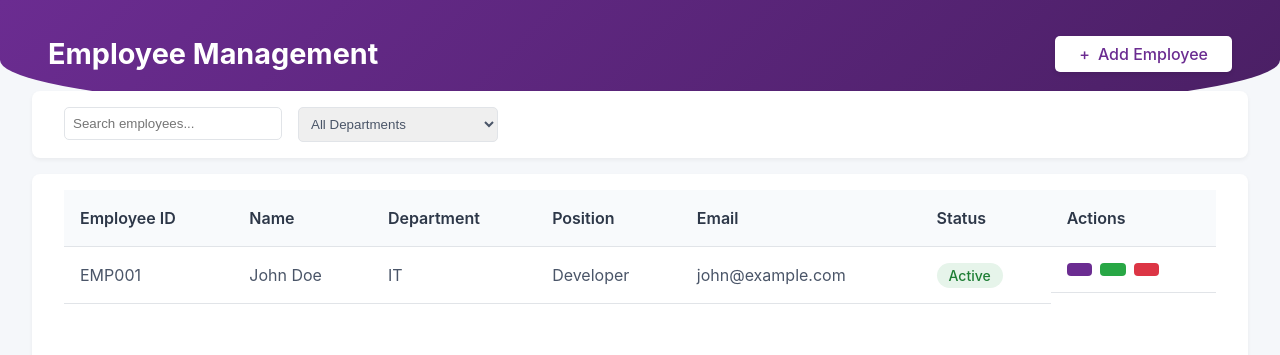
Repository: nino-pixel/payrolllatest
Page: /employees (app in web_vue/)
The author's editor kept a copy of each file at every save. The page is drawn from the files as they stood at one save, then again after the next save.
The browser window is 1280 px wide. The pictures show the whole page.
The project was rebuilt for these pictures with package versions that can differ from the ones it lists, and the page was loaded fresh each time. Also part of the build but not shown: web_vue/vite.config.js, web_vue/src/components/login_page.vue, web_vue/src/components/sign_up.vue, web_vue/src/components/dashboard.vue, web_vue/src/components/attendance_management.vue, web_vue/src/components/generate_payroll.vue.

Above is the page before, as saved 2024-12-19 02:09:33.

### web_vue/src/main.js
import { createApp } from 'vue'
import './style.css'
import App from './App.vue'
import router from './router'

// ECharts imports
import VChart from 'vue-echarts'
import { use } from 'echarts/core'
import { CanvasRenderer } from 'echarts/renderers'
import { PieChart, LineChart, BarChart, GaugeChart } from 'echarts/charts'
import {
  TitleComponent,
  TooltipComponent,
  LegendComponent,
  GridComponent
} from 'echarts/components'

// Register ECharts components
use([
  CanvasRenderer,
  PieChart,
  LineChart,
  BarChart,
  GaugeChart,
  TitleComponent,
  TooltipComponent,
  LegendComponent,
  GridComponent
])

const app = createApp(App)
app.component('v-chart', VChart)
app.use(router)
app.mount('#app')

### web_vue/src/style.css
:root {
  font-family: Inter, system-ui, Avenir, Helvetica, Arial, sans-serif;
  line-height: 1.5;
  font-weight: 400;
  color-scheme: light dark;
  color: rgba(255, 255, 255, 0.87);
  background-color: #242424;
  font-synthesis: none;
  text-rendering: optimizeLegibility;
  -webkit-font-smoothing: antialiased;
  -moz-osx-font-smoothing: grayscale;
}

body {
  margin: 0;
  padding: 0;
  min-height: 100vh;
  width: 100%;
}

/* Remove the centering and width constraints */
#app {
  max-width: none;
  margin: 0;
  padding: 0;
  width: 100%;
  min-height: 100vh;
}

/* Adjust other styles */
.card {
  padding: 2em;
  width: 100%;
  box-sizing: border-box;
}

button {
  border-radius: 8px;
  border: 1px solid transparent;
  padding: 0.6em 1.2em;
  font-size: 1em;
  font-weight: 500;
  font-family: inherit;
  background-color: #1a1a1a;
  cursor: pointer;
  transition: border-color 0.25s;
}

/* Media query adjustments */
@media (prefers-color-scheme: light) {
  :root {
    color: #213547;
    background-color: #ffffff;
  }
  a:hover {
    color: #747bff;
  }
  button {
    background-color: #f9f9f9;
  }
}

### web_vue/src/App.vue

<template>
 <router-view></router-view>

</template>

<script>
import login_page from './components/login_page.vue'
 // Import the component

export default {
  name: 'App',
  components: {
    login_page,
  }
}
</script>

### web_vue/src/router/index.js
import { createRouter, createWebHistory } from 'vue-router'
import LoginPage from '../components/login_page.vue'
import SignupPage from '../components/sign_up.vue'
import Dashboard from '../components/dashboard.vue'
import EmployeeManagement from '../components/employee_management.vue'
import AttendanceManagement from '../components/attendance_management.vue'
import GeneratePayroll from '../components/generate_payroll.vue'
const routes = [
  {
    path: '/',
    name: 'Login',
    component: LoginPage
  },
  {
    path: '/signup',
    name: 'Signup',
    component: SignupPage
  },
  {
    path: '/dashboard',
    name: 'Dashboard',
    component: Dashboard
  },
  {
    path: '/employees',
    name: 'Employees',
    component: EmployeeManagement
  },
  {
    path: '/attendance',
    name: 'Attendance',
    component: AttendanceManagement
  },
  {
    path: '/generate_payroll',
    name: 'GeneratePayroll',
    component: GeneratePayroll
  }

  // Add other routes here as needed
]

const router = createRouter({
  history: createWebHistory(),
  routes
})

export default router

### web_vue/src/components/employee_management.vue
<template>
    <div class="employee-container">
      <div class="wave-bg"></div>

      <div class="content-wrapper">
        <!-- Header Section -->
        <div class="header-section">
          <h1>Employee Management</h1>
          <button class="add-btn" @click="openAddModal">
            <span>+</span> Add Employee
          </button>
        </div>

        <!-- Search and Filter Section -->
        <div class="search-section">
          <div class="search-box">
            <input
              type="text"
              v-model="searchQuery"
              placeholder="Search employees..."
            >
          </div>
          <div class="filter-box">
            <select v-model="departmentFilter">
              <option value="">All Departments</option>
              <option value="HR">HR</option>
              <option value="IT">IT</option>
              <option value="Finance">Finance</option>
              <option value="Marketing">Marketing</option>
            </select>
          </div>
        </div>

        <!-- Employee Table -->
        <div class="table-container">
          <table>
            <thead>
              <tr>
                <th>Employee ID</th>
                <th>Name</th>
                <th>Department</th>
                <th>Position</th>
                <th>Email</th>
                <th>Status</th>
                <th>Actions</th>
              </tr>
            </thead>
            <tbody>
              <tr v-for="employee in filteredEmployees" :key="employee.id">
                <td>{{ employee.id }}</td>
                <td>{{ employee.name }}</td>
                <td>{{ employee.department }}</td>
                <td>{{ employee.position }}</td>
                <td>{{ employee.email }}</td>
                <td>
                  <span :class="['status', employee.status.toLowerCase()]">
                    {{ employee.status }}
                  </span>
                </td>
                <td class="actions">
                  <button @click="viewEmployee(employee)" class="view-btn">
                    <i class="fas fa-eye"></i>
                  </button>
                  <button @click="editEmployee(employee)" class="edit-btn">
                    <i class="fas fa-edit"></i>
                  </button>
                  <button @click="deleteEmployee(employee)" class="delete-btn">
                    <i class="fas fa-trash"></i>
                  </button>
                </td>
              </tr>
            </tbody>
          </table>
        </div>
      </div>

      <!-- Add/Edit Modal -->
      <div class="modal" v-if="showModal">
        <div class="modal-content">
          <h2>{{ isEditing ? 'Edit Employee' : 'Add Employee' }}</h2>
          <form @submit.prevent="submitForm">
            <div class="form-group">
              <label>Name</label>
              <input type="text" v-model="formData.name" required>
            </div>
            <div class="form-group">
              <label>Department</label>
              <select v-model="formData.department" required>
                <option value="HR">HR</option>
                <option value="IT">IT</option>
                <option value="Finance">Finance</option>
                <option value="Marketing">Marketing</option>
              </select>
            </div>
            <div class="form-group">
              <label>Position</label>
              <input type="text" v-model="formData.position" required>
            </div>
            <div class="form-group">
              <label>Email</label>
              <input type="email" v-model="formData.email" required>
            </div>
            <div class="form-group">
              <label>Status</label>
              <select v-model="formData.status" required>
                <option value="Active">Active</option>
                <option value="Inactive">Inactive</option>
                <option value="On Leave">On Leave</option>
              </select>
            </div>
            <div class="form-buttons">
              <button type="submit" class="submit-btn">
                {{ isEditing ? 'Update' : 'Add' }}
              </button>
              <button type="button" @click="closeModal" class="cancel-btn">
                Cancel
              </button>
            </div>
          </form>
        </div>
      </div>

      <!-- View Modal -->
      <div class="modal" v-if="showViewModal">
        <div class="modal-content">
          <h2>Employee Details</h2>
          <div class="employee-details">
            <div class="detail-row">
              <span class="label">ID:</span>
              <span class="value">{{ selectedEmployee.id }}</span>
            </div>
            <div class="detail-row">
              <span class="label">Name:</span>
              <span class="value">{{ selectedEmployee.name }}</span>
            </div>
            <div class="detail-row">
              <span class="label">Department:</span>
              <span class="value">{{ selectedEmployee.department }}</span>
            </div>
            <div class="detail-row">
              <span class="label">Position:</span>
              <span class="value">{{ selectedEmployee.position }}</span>
            </div>
            <div class="detail-row">
              <span class="label">Email:</span>
              <span class="value">{{ selectedEmployee.email }}</span>
            </div>
            <div class="detail-row">
              <span class="label">Status:</span>
              <span class="value">{{ selectedEmployee.status }}</span>
            </div>
          </div>
          <button @click="closeViewModal" class="close-btn">Close</button>
        </div>
      </div>
    </div>
  </template>

  <script>
  export default {
    name: 'EmployeeManagement',
    data() {
      return {
        searchQuery: '',
        departmentFilter: '',
        showModal: false,
        showViewModal: false,
        isEditing: false,
        selectedEmployee: null,
        formData: {
          name: '',
          department: '',
          position: '',
          email: '',
          status: 'Active'
        },
        employees: [
          {
            id: 'EMP001',
            name: 'John Doe',
            department: 'IT',
            position: 'Developer',
            email: 'john@example.com',
            status: 'Active'
          },
          // Add more sample employees
        ]
      }
    },
    computed: {
      filteredEmployees() {
        return this.employees.filter(emp => {
          const matchesSearch = emp.name.toLowerCase().includes(this.searchQuery.toLowerCase()) ||
                              emp.email.toLowerCase().includes(this.searchQuery.toLowerCase())
          const matchesDepartment = !this.departmentFilter || emp.department === this.departmentFilter
          return matchesSearch && matchesDepartment
        })
      }
    },
    methods: {
      openAddModal() {
        this.isEditing = false
        this.formData = {
          name: '',
          department: '',
          position: '',
          email: '',
          status: 'Active'
        }
        this.showModal = true
      },
      editEmployee(employee) {
        this.isEditing = true
        this.formData = { ...employee }
        this.showModal = true
      },
      viewEmployee(employee) {
        this.selectedEmployee = employee
        this.showViewModal = true
      },
      deleteEmployee(employee) {
        if (confirm('Are you sure you want to delete this employee?')) {
          this.employees = this.employees.filter(emp => emp.id !== employee.id)
        }
      },
      submitForm() {
        if (this.isEditing) {
          const index = this.employees.findIndex(emp => emp.id === this.formData.id)
          this.employees[index] = { ...this.formData }
        } else {
          const newId = 'EMP' + String(this.employees.length + 1).padStart(3, '0')
          this.employees.push({
            ...this.formData,
            id: newId
          })
        }
        this.closeModal()
      },
      closeModal() {
        this.showModal = false
        this.formData = {
          name: '',
          department: '',
          position: '',
          email: '',
          status: 'Active'
        }
      },
      closeViewModal() {
        this.showViewModal = false
        this.selectedEmployee = null
      }
    }
  }
  </script>

  <style scoped>
.employee-container {
  width: 100vw;
  height: 100vh;
  overflow: hidden;
  background: #f5f7fa;
  position: relative;
}

.wave-bg {
  position: absolute;
  top: 0;
  left: 0;
  right: 0;
  height: 120px;
  background: linear-gradient(135deg, #6b2c91, #4a1f64);
  border-radius: 0 0 50% 50%;
  z-index: 0;
}

.content-wrapper {
  position: relative;
  z-index: 1;
  height: 100%;
  display: flex;
  flex-direction: column;
  padding: 1rem;
}

.header-section {
  display: flex;
  justify-content: space-between;
  align-items: center;
  padding: 1rem 2rem;
}

.header-section h1 {
  color: white;
  font-size: 1.8rem;
  margin: 0;
}

.add-btn {
  background: white;
  color: #6b2c91;
  border: none;
  padding: 0.5rem 1.5rem;
  border-radius: 5px;
  cursor: pointer;
  display: flex;
  align-items: center;
  gap: 0.5rem;
  font-weight: 500;
  transition: all 0.3s ease;
  box-shadow: 0 2px 4px rgba(0,0,0,0.1);
}

.add-btn:hover {
  background: #f8f9fa;
  transform: translateY(-1px);
}

.search-section {
  display: flex;
  gap: 1rem;
  padding: 1rem 2rem;
  background: white;
  margin: 0 1rem;
  border-radius: 8px;
  box-shadow: 0 2px 4px rgba(0,0,0,0.05);
}

.search-box input,
.filter-box select {
  padding: 0.5rem;
  border: 1px solid #e1e4e8;
  border-radius: 5px;
  width: 200px;
  color: #4a5568;
}

.search-box input:focus,
.filter-box select:focus {
  outline: none;
  border-color: #6b2c91;
  box-shadow: 0 0 0 2px rgba(107, 44, 145, 0.1);
}

.table-container {
  flex: 1;
  overflow-y: auto;
  padding: 1rem 2rem;
  margin: 1rem;
  background: white;
  border-radius: 8px;
  box-shadow: 0 2px 4px rgba(0,0,0,0.05);
}

table {
  width: 100%;
  border-collapse: separate;
  border-spacing: 0;
  background: white;
}

th, td {
  padding: 1rem;
  text-align: left;
  border-bottom: 1px solid #e1e4e8;
  color: #4a5568;
}

th {
  background: #f8fafc;
  font-weight: 600;
  color: #2d3748;
}

.status {
  padding: 0.25rem 0.75rem;
  border-radius: 15px;
  font-size: 0.875rem;
  font-weight: 500;
}

.status.active {
  background: #e6f4ea;
  color: #1e7e34;
}

.status.inactive {
  background: #feeced;
  color: #dc3545;
}

.status.on-leave {
  background: #fff3cd;
  color: #856404;
}

.actions {
  display: flex;
  gap: 0.5rem;
}

.actions button {
  padding: 0.4rem 0.8rem;
  border: none;
  border-radius: 4px;
  cursor: pointer;
  transition: all 0.2s ease;
}

.view-btn {
  background: #6b2c91;
  color: white;
}

.edit-btn {
  background: #28a745;
  color: white;
}

.delete-btn {
  background: #dc3545;
  color: white;
}

.actions button:hover {
  opacity: 0.9;
  transform: translateY(-1px);
}

.modal {
  position: fixed;
  top: 0;
  left: 0;
  right: 0;
  bottom: 0;
  background: rgba(0, 0, 0, 0.5);
  display: flex;
  justify-content: center;
  align-items: center;
  z-index: 1000;
}

.modal-content {
  background: white;
  padding: 2rem;
  border-radius: 10px;
  width: 500px;
  max-width: 90%;
  box-shadow: 0 4px 6px rgba(0,0,0,0.1);
}

.modal-content h2 {
  color: #2d3748;
  margin-bottom: 1.5rem;
  font-size: 1.5rem;
}

.form-group {
  margin-bottom: 1.2rem;
}

.form-group label {
  display: block;
  margin-bottom: 0.5rem;
  font-weight: 500;
  color: #4a5568;
}

.form-group input,
.form-group select {
  width: 100%;
  padding: 0.6rem;
  border: 1px solid #e1e4e8;
  border-radius: 5px;
  color: #ffffff;
  transition: all 0.2s ease;
}

.form-group input:focus,
.form-group select:focus {
  outline: none;
  border-color: #6b2c91;
  box-shadow: 0 0 0 2px rgba(107, 44, 145, 0.1);
}

.form-buttons {
  display: flex;
  gap: 1rem;
  margin-top: 2rem;
}

.submit-btn,
.cancel-btn {
  padding: 0.6rem 1.2rem;
  border: none;
  border-radius: 5px;
  cursor: pointer;
  font-weight: 500;
  transition: all 0.2s ease;
}

.submit-btn {
  background: #6b2c91;
  color: white;
  flex: 2;
}

.cancel-btn {
  background: #dc3545;
  color: white;
  flex: 1;
}

.submit-btn:hover,
.cancel-btn:hover {
  opacity: 0.9;
  transform: translateY(-1px);
}

.employee-details {
  margin: 1.5rem 0;
}

.detail-row {
  display: flex;
  margin-bottom: 0.8rem;
  padding: 0.5rem;
  border-bottom: 1px solid #e1e4e8;
}

.detail-row .label {
  font-weight: 500;
  width: 120px;
  color: #4a5568;
}

.detail-row .value {
  color: #2d3748;
}

.close-btn {
  width: 100%;
  padding: 0.6rem;
  background: #6b2c91;
  color: white;
  border: none;
  border-radius: 5px;
  cursor: pointer;
  font-weight: 500;
  margin-top: 1rem;
  transition: all 0.2s ease;
}

.close-btn:hover {
  background: #5a2578;
}
</style>

After the next save:
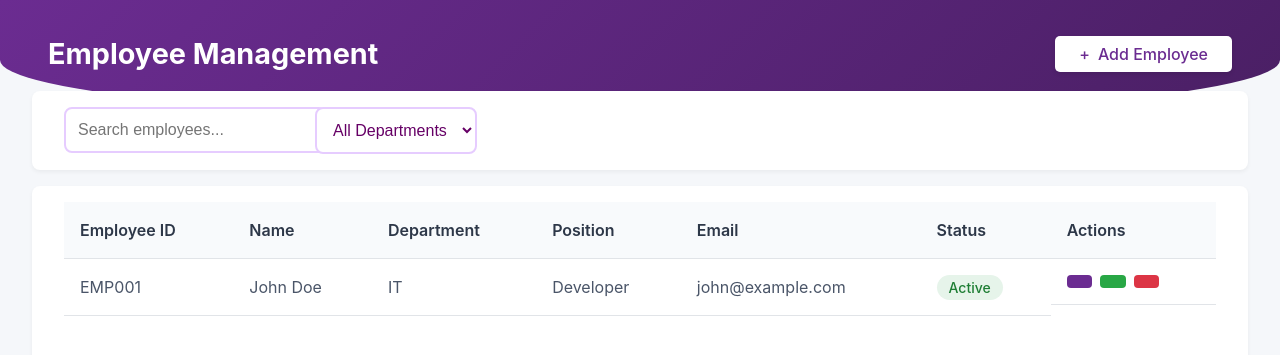
Saved 2 min 14 s later.
--- a/web_vue/src/components/employee_management.vue
+++ b/web_vue/src/components/employee_management.vue
@@ -328,11 +328,14 @@
 
 .search-box input,
 .filter-box select {
-  padding: 0.5rem;
-  border: 1px solid #e1e4e8;
-  border-radius: 5px;
-  width: 200px;
-  color: #4a5568;
+    width: 100%;
+  padding: 12px;
+  border: 2px solid #e6ccff;
+  border-radius: 8px;
+  font-size: 1em;
+  color: #660066;
+  background-color: white;
+  transition: all 0.3s ease;
 }
 
 .search-box input:focus,
